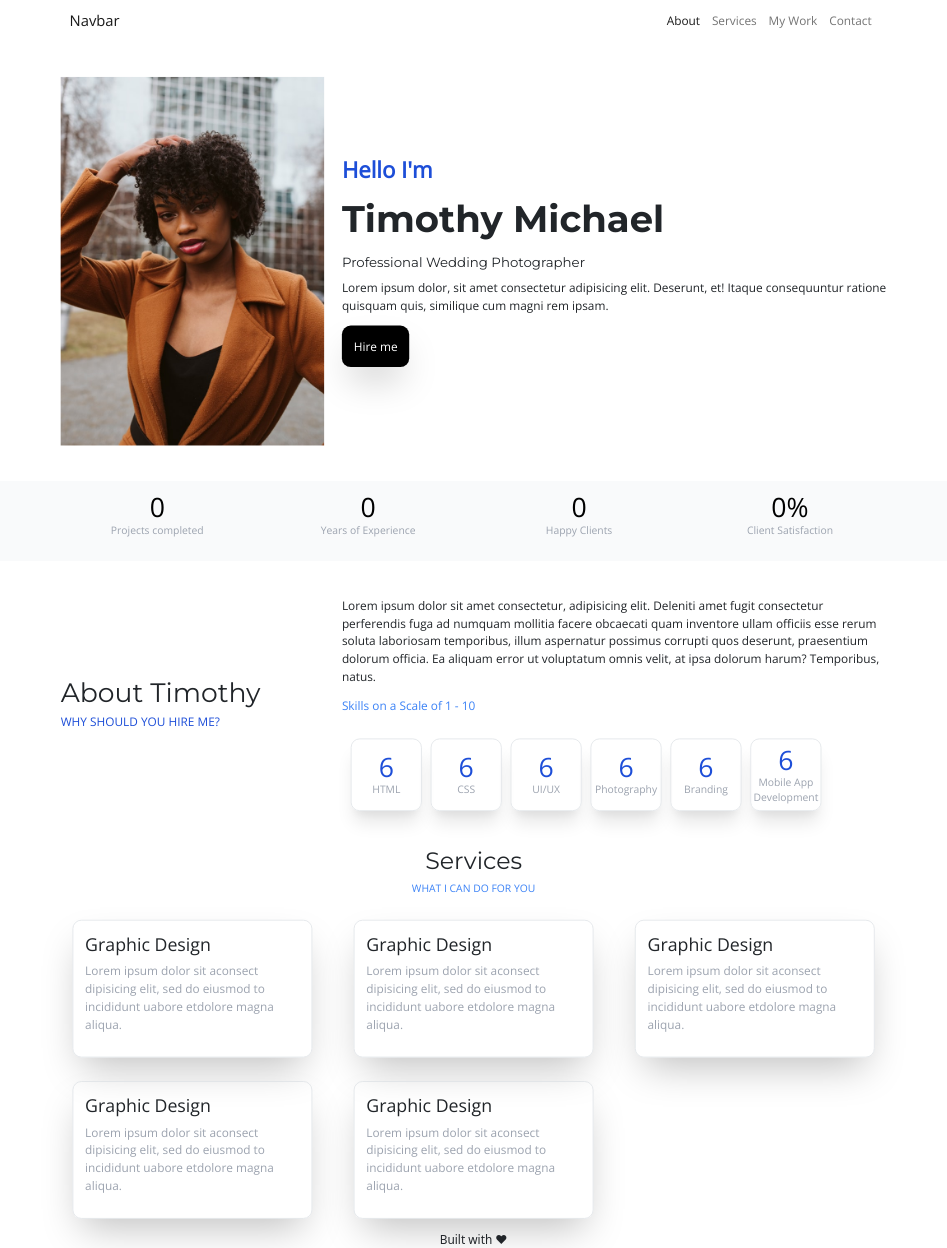
Repository: latenightsnacc/giggles
Page: HTML/freelancer.html
An editor plug-in stored every save of this project. The page is shown before and after the next save, followed by the edit.
The browser window is 1280 px wide. The pictures show the whole page, at 74% of full size.
Some web libraries are served in a nearby version.

Above is the page before, as saved 2021-01-03 16:27:44.

### HTML/freelancer.html
<!DOCTYPE html>
<html lang="en">
<head>
    <meta charset="UTF-8">
    <meta name="viewport" content="width=device-width, initial-scale=1.0">
    <link href="https://cdnjs.cloudflare.com/ajax/libs/tailwindcss/2.0.2/tailwind.min.css" rel="stylesheet">
    <link rel="stylesheet" href="https://stackpath.bootstrapcdn.com/font-awesome/4.7.0/css/font-awesome.min.css" />
    <link href="https://cdn.jsdelivr.net/npm/bootstrap@5.0.0-beta1/dist/css/bootstrap.min.css" rel="stylesheet" integrity="sha384-giJF6kkoqNQ00vy+HMDP7azOuL0xtbfIcaT9wjKHr8RbDVddVHyTfAAsrekwKmP1" crossorigin="anonymous">
    <link rel="stylesheet" href="stylesheet.css">
    <title>Freelancer Page</title>
</head>
<body class="overflow-x-hidden">
    <header class="container">
        <nav class="navbar navbar-expand-lg navbar-light bg-white">
            <div class="container-fluid">
              <a class="navbar-brand" href="#">Navbar</a>
              <button class="navbar-toggler" type="button" data-bs-toggle="collapse" data-bs-target="#navbarNavDropdown" aria-controls="navbarNavDropdown" aria-expanded="false" aria-label="Toggle navigation">
                <span class="navbar-toggler-icon"></span>
              </button>
              <div class="collapse navbar-collapse" id="navbarNavDropdown">
                <ul class="navbar-nav ml-auto">
                  <li class="nav-item">
                    <a class="nav-link active" aria-current="page" href="#">About</a>
                  </li>
                  <li class="nav-item">
                    <a class="nav-link" href="#">Services</a>
                  </li>
                  <li class="nav-item">
                    <a class="nav-link" href="#">My Work</a>
                  </li>
                  <li class="nav-item">
                    <a class="nav-link" href="#">Contact</a>
                  </li>
                  <!-- <li class="nav-item dropdown">
                    <a class="nav-link dropdown-toggle" href="#" id="navbarDropdownMenuLink" role="button" data-bs-toggle="dropdown" aria-expanded="false">
                      Dropdown link
                    </a>
                    <ul class="dropdown-menu" aria-labelledby="navbarDropdownMenuLink">
                      <li><a class="dropdown-item" href="#">Action</a></li>
                      <li><a class="dropdown-item" href="#">Another action</a></li>
                      <li><a class="dropdown-item" href="#">Something else here</a></li>
                    </ul>
                  </li> -->
                </ul>
              </div>
            </div>
        </nav>
    </header>
    <main>
        <!--User Banner-->
        <div class="container mt-5">
            <div class="row flex items-center h-auto">
                <div class="col-sm-12 col-md-4 col-lg-4 col-xl-4">
                    <img src="assets/userDp.jpg" alt="Profile Picture">
                </div>
                <div class="col-sm-12 col-md-8 col-lg-8 col-xl-8">
                    <div class="user-info">
                        <span class="semi-bold text-blue-700 py-10">Hello I'm</span>
                        <h1>Timothy Michael</h1>
                        <h2>Professional Wedding Photographer</h2>
                        <p>Lorem ipsum dolor, sit amet consectetur adipisicing elit. Deserunt, et! Itaque consequuntur ratione quisquam quis, similique cum magni rem ipsam.</p>
                        <button class="bg-black text-white p-3 semi-bold rounded-xl shadow-2xl">Hire me</button>
                    </div>
                </div>
            </div>
        </div>
        <!--User Statisitics-->
        <div class="stats w-full bg-gray-50 flex items-center h-auto py-3 mt-5">
            <div class="container">
                <div class="row">
                    <div class="stat-box col text-center">
                        <div class="bold text-4xl text-black">0</div>
                        <p class="text-sm text-gray-400">Projects completed</p>

                    </div>
                    <div class="stat-box col text-center">
                        <div class="bold text-4xl text-black">0</div>
                        <p class="text-sm text-gray-400">Years of Experience</p>
                    </div>
                    <div class="stat-box col text-center">
                        <div class="bold text-4xl text-black">0</div>
                        <p class="text-sm text-gray-400">Happy Clients</p>
                    </div>
                    <div class="stat-box col text-center">
                        <div class="bold text-4xl text-black">0%</div>
                        <p class="text-sm text-gray-400">Client Satisfaction</p>
                    </div>
                </div>
            </div>
        </div>
        <!--About User-->
        <div class="container">
            <div class="row h-auto flex flex-row items-center">
                <div class="col-sm-12 col-md-6 col-lg-4 col-xl-4 pt-5">
                    <h3 class="text-4xl">About Timothy</h3>
                    <span class="text-md text-blue-700 uppercase semi-bold">Why should you hire me?</span>
                </div>
                <div class="col-sm-12 col-md-6 col-lg-8 col-xl-8 pt-5">
                    <p>Lorem ipsum dolor sit amet consectetur, adipisicing elit. Deleniti amet fugit consectetur perferendis fuga ad numquam mollitia facere obcaecati quam inventore ullam officiis esse rerum soluta laboriosam temporibus, illum aspernatur possimus corrupti quos deserunt, praesentium dolorum officia. Ea aliquam error ut voluptatum omnis velit, at ipsa dolorum harum? Temporibus, natus.</p>
                    <p class="bold text-blue-500">Skills on a Scale of 1 - 10</p>
                    <div class="d-flex flex-wrap">
                        <div class="skill-box shadow-xl max-w-sm w-24 p-2 ml-3 mt-3 border border-gray-100 rounded-xl flex flex-col items-center justify-center text-center">

                            <span class="text-blue-700 bold text-4xl">6</span>
                            <div class="text-sm text-gray-400">HTML</div>
                        </div>
                        <div class="skill-box shadow-xl max-w-sm w-24 p-2 ml-3 mt-3 border border-gray-100 rounded-xl flex flex-col items-center justify-center text-center">

                            <span class="text-blue-700 bold text-4xl">6</span>
                            <div class="text-sm text-gray-400">CSS</div>
                        </div>
                        <div class="skill-box shadow-xl max-w-sm w-24 p-2 ml-3 mt-3 border border-gray-100 rounded-xl flex flex-col items-center justify-center text-center">

                            <span class="text-blue-700 bold text-4xl">6</span>
                            <div class="text-sm text-gray-400">UI/UX</div>
                        </div>
                        <div class="skill-box shadow-xl max-w-sm w-24 p-2 ml-3 mt-3 border border-gray-100 rounded-xl flex flex-col items-center justify-center text-center">

                            <span class="text-blue-700 bold text-4xl">6</span>
                            <div class="text-sm text-gray-400">Photography</div>
                        </div>
                        <div class="skill-box shadow-xl max-w-sm w-24 p-2 ml-3 mt-3 border border-gray-100 rounded-xl flex flex-col items-center justify-center text-center">

                            <span class="text-blue-700 bold text-4xl">6</span>
                            <div class="text-sm text-gray-400">Branding</div>
                        </div>
                        <div class="skill-box shadow-xl max-w-sm w-24 p-2 ml-3 mt-3 border border-gray-100 rounded-xl flex flex-col items-center justify-center text-center">

                            <span class="text-blue-700 bold text-4xl">6</span>
                            <div class="text-sm text-gray-400">Mobile App Development</div>
                        </div>
                    </div>
                </div>
            </div>
        </div>
        <!--Services User Provides-->
        <div class="container mt-5">
            <h2 class="text-center">Services</h2>
            <p class="text-blue-500 text-sm uppercase text-center uppercase">What I can do for you</p>
            <div class="row">
                <div class="col-xs-12 col-sm-12 col-md-3 col-lg-3 col-xl-4">
                    <div class="max-w-sm shadow-2xl border border-gray-100 rounded-xl p-3 m-3 hover:bg-black hover:text-white">
                        <div class="service-title text-2xl bold  pb-2">Graphic Design</div>
                        <p class="text-md text-gray-400">Lorem ipsum dolor sit aconsect dipisicing elit, sed do eiusmod to incididunt uabore etdolore magna aliqua.</p>
                    </div>
                </div>
                <div class="col-xs-12 col-sm-12 col-md-3 col-lg-3 col-xl-4">
                    <div class="max-w-sm shadow-2xl border border-gray-100 rounded-xl p-3 m-3 hover:bg-black hover:text-white">
                        <div class="service-title text-2xl bold  pb-2">Graphic Design</div>
                        <p class="text-md text-gray-400">Lorem ipsum dolor sit aconsect dipisicing elit, sed do eiusmod to incididunt uabore etdolore magna aliqua.</p>
                    </div>
                </div>
                <div class="col-xs-12 col-sm-12 col-md-3 col-lg-3 col-xl-4">
                    <div class="max-w-sm shadow-2xl border border-gray-100 rounded-xl p-3 m-3 hover:bg-black hover:text-white">
                        <div class="service-title text-2xl bold  pb-2">Graphic Design</div>
                        <p class="text-md text-gray-400">Lorem ipsum dolor sit aconsect dipisicing elit, sed do eiusmod to incididunt uabore etdolore magna aliqua.</p>
                    </div>
                </div>
                <div class="col-xs-12 col-sm-12 col-md-3 col-lg-3 col-xl-4">
                    <div class="max-w-sm shadow-2xl border border-gray-100 rounded-xl p-3 m-3 hover:bg-black hover:text-white">
                        <div class="service-title text-2xl bold  pb-2">Graphic Design</div>
                        <p class="text-md text-gray-400">Lorem ipsum dolor sit aconsect dipisicing elit, sed do eiusmod to incididunt uabore etdolore magna aliqua.</p>
                    </div>
                </div>
                <div class="col-xs-12 col-sm-12 col-md-3 col-lg-3 col-xl-4">
                    <div class="max-w-sm shadow-2xl border border-gray-100 rounded-xl p-3 m-3 hover:bg-black hover:text-white">
                        <div class="service-title text-2xl bold  pb-2">Graphic Design</div>
                        <p class="text-md text-gray-400">Lorem ipsum dolor sit aconsect dipisicing elit, sed do eiusmod to incididunt uabore etdolore magna aliqua.</p>
                    </div>
                </div>
            </div>

        </div>
    </main>
    <footer class="text-center">Built with &hearts; </footer>
    <script src="https://cdn.jsdelivr.net/npm/bootstrap@5.0.0-beta1/dist/js/bootstrap.bundle.min.js" integrity="sha384-ygbV9kiqUc6oa4msXn9868pTtWMgiQaeYH7/t7LECLbyPA2x65Kgf80OJFdroafW" crossorigin="anonymous"></script>

</body>
</html>

### HTML/stylesheet.css
@import url('https://fonts.googleapis.com/css2?family=Montserrat:wght@400;700&family=Open+Sans:wght@300;400&display=swap');

h1, h2, h3, h4, h5, h6 {
    font-family: 'Montserrat', sans-serif;
}
.user-info h1 {
    line-height: 60px;
    font-size: 50px;
    font-weight: 700;
    margin-top: 20px;
}
.user-info h2 {
    line-height: 27px;
    font-size: 18px;
    font-weight: 400;
    margin-top: 15px;
}
.user-info span {
    line-height: 36px;
    font-size: 30px;
    font-weight: 600;
}
.user-info p {
    margin: 5px 0;
}
.user-info button {
    margin-top: 10px;
}
p, div, a, button {
    font-family: 'Open Sans', sans-serif;
    font-weight: 300;
}

After the next save:
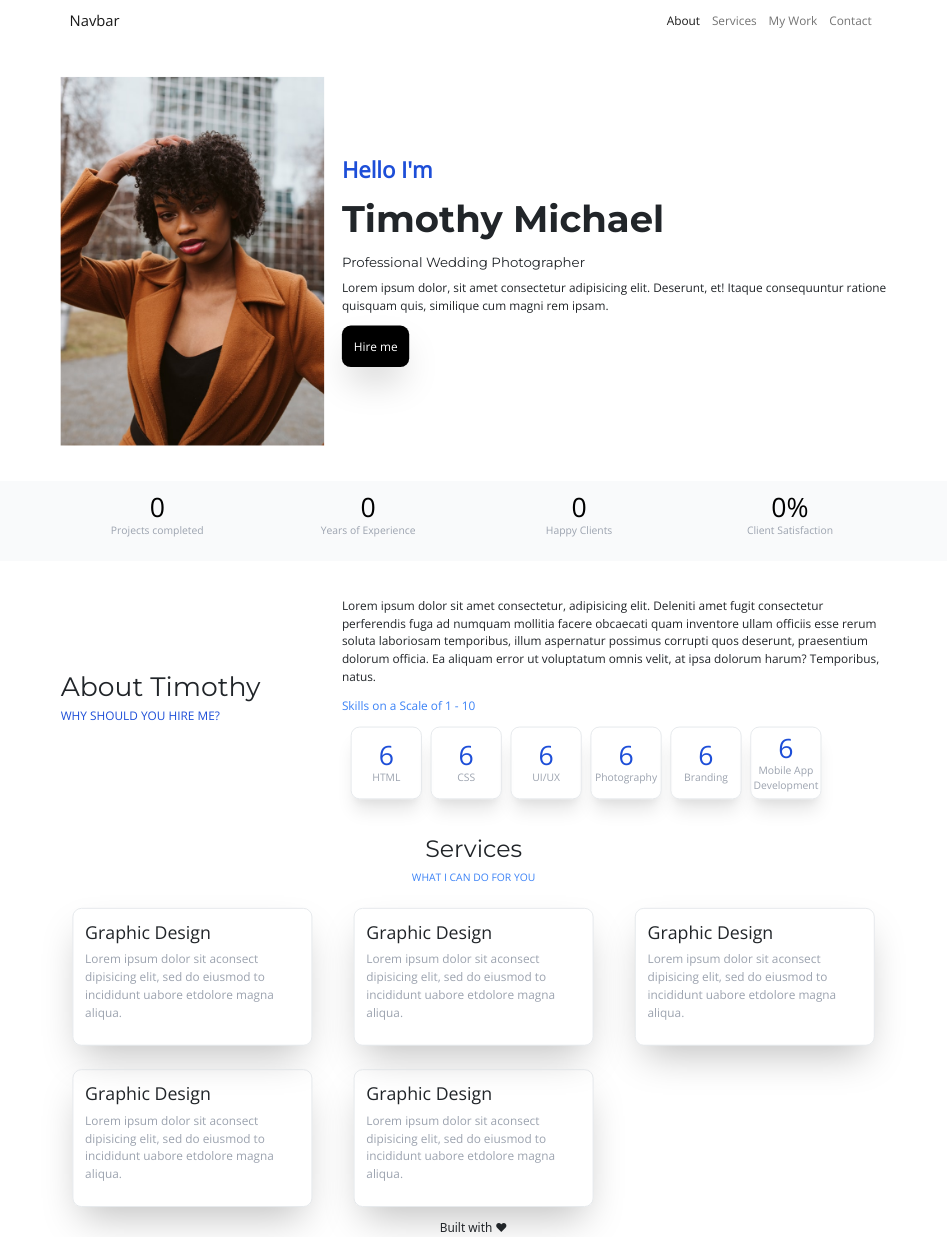
Saved 28 s later.
--- a/HTML/freelancer.html
+++ b/HTML/freelancer.html
@@ -97,7 +97,7 @@
                 </div>
                 <div class="col-sm-12 col-md-6 col-lg-8 col-xl-8 pt-5">
                     <p>Lorem ipsum dolor sit amet consectetur, adipisicing elit. Deleniti amet fugit consectetur perferendis fuga ad numquam mollitia facere obcaecati quam inventore ullam officiis esse rerum soluta laboriosam temporibus, illum aspernatur possimus corrupti quos deserunt, praesentium dolorum officia. Ea aliquam error ut voluptatum omnis velit, at ipsa dolorum harum? Temporibus, natus.</p>
-                    <p class="bold text-blue-500">Skills on a Scale of 1 - 10</p>
+                    <span class="bold text-blue-500">Skills on a Scale of 1 - 10</span>
                     <div class="d-flex flex-wrap">
                         <div class="skill-box shadow-xl max-w-sm w-24 p-2 ml-3 mt-3 border border-gray-100 rounded-xl flex flex-col items-center justify-center text-center">
 
